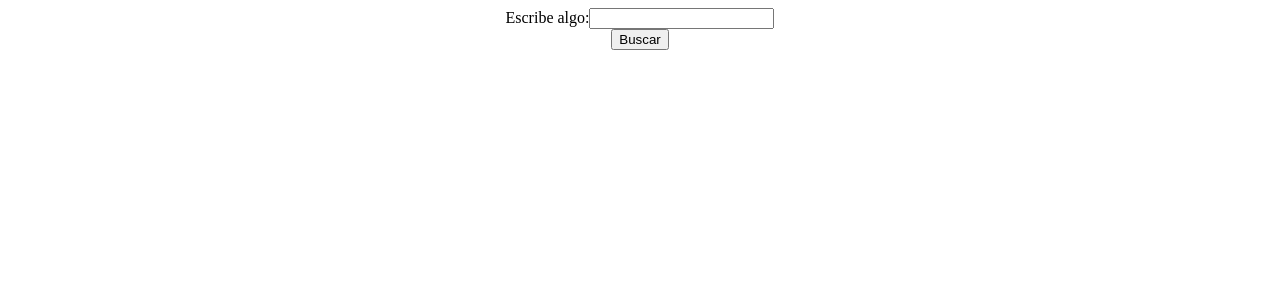
Repository: Jorgee-sk/Ws-Spring
Page: http://localhost/02_buscador_spring/addPagina.jsp
An editor plug-in stored every save of this project. The page is shown before and after the next save, followed by the edit.
The browser window is 1280 px wide. The pictures show the whole page.
The page is served by Tomcat 9. Other server files are loaded and not shown.

Above is the page before, as saved 2022-04-18 10:43:52.

### 02_buscador_spring/src/main/webapp/addPagina.jsp
<!DOCTYPE html>
<html>
<head>
<meta charset="ISO-8859-1">
<title>Insert title here</title>
</head>
<body>
	<center>
		<form action="Buscador">
			Escribe algo:<input type="text" name="tema"><br>
			<input type="submit" value="Buscar">
		</form>

	</center>
</body>
</html>

After the next save:
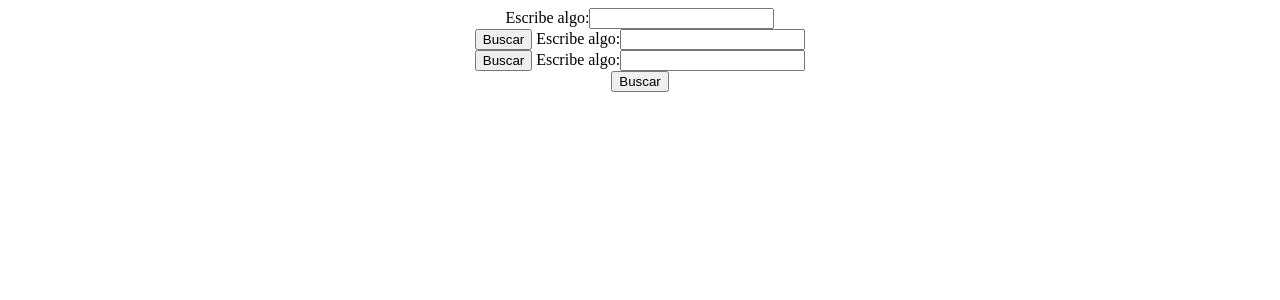
Saved 7 s later.
--- a/02_buscador_spring/src/main/webapp/addPagina.jsp
+++ b/02_buscador_spring/src/main/webapp/addPagina.jsp
@@ -9,6 +9,12 @@
 		<form action="Buscador">
 			Escribe algo:<input type="text" name="tema"><br>
 			<input type="submit" value="Buscar">
+
+			Escribe algo:<input type="text" name="tema"><br>
+			<input type="submit" value="Buscar">
+
+			Escribe algo:<input type="text" name="tema"><br>
+			<input type="submit" value="Buscar">
 		</form>
 
 	</center>
